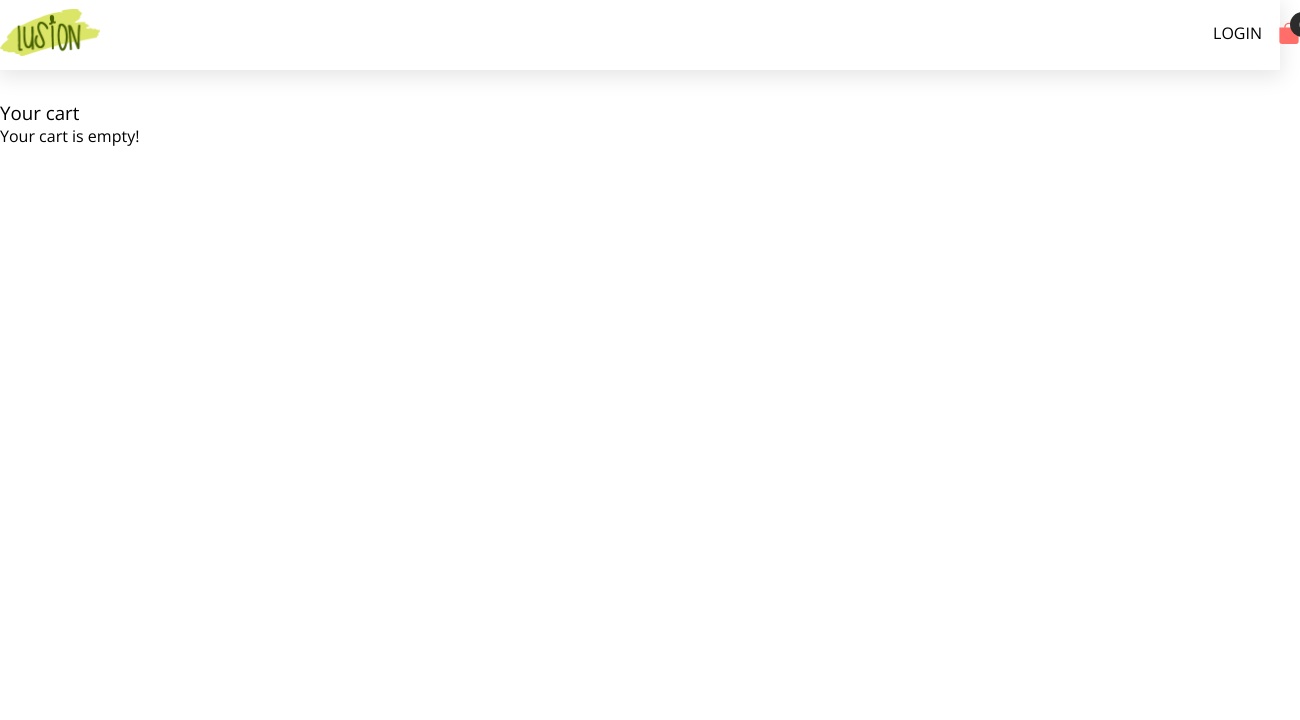
Repository: tanquangyds/Iviettech-project
Page: /cart
An editor plug-in stored every save of this project. The page is shown before and after the next save, followed by the edit.
The browser window is 1280 px wide. The page is 1300 px wide, so the pictures cover 1300 px, including what lies to the right of the window. The pictures show the whole page.
The project was rebuilt for these pictures with package versions that can differ from the ones it lists, and the page was loaded fresh each time. Also part of the build but not shown: src/pages/Layouts/Auth.jsx, src/hooks/index.jsx, src/components/RolesGuard/AuthGuard.jsx, src/components/RolesGuard/GuestGuard.jsx, src/components/RolesGuard/LoadingScreen.jsx, src/components/payment/payment.jsx, src/components/Modalpayment/index.css. Imported but missing from the stored project, and not drawn on this page: src/hooks/useAuth.

Above is the page before, as saved 2021-04-10 23:06:33.

### public/index.html
<!DOCTYPE html>
<html lang="en">
  <head>
    <meta charset="utf-8" />
    <link rel="icon" href="%PUBLIC_URL%/favicon.ico" />
    <meta name="viewport" content="width=device-width, initial-scale=1" />
    <meta name="theme-color" content="#000000" />
    <meta
      name="description"
      content="Web site created using create-react-app"
    />
    <link rel="apple-touch-icon" href="%PUBLIC_URL%/logo192.png" />
    <link rel="manifest" href="%PUBLIC_URL%/manifest.json" />
    <title>Redux eCommerce</title>
    <link href="https://fonts.googleapis.com/css2?family=Open+Sans:wght@300;400;600;800&display=swap" rel="stylesheet">
  </head>
  <body>
    <noscript>You need to enable JavaScript to run this app.</noscript>
    <div id="root"></div>
  </body>
</html>

### src/App.js
import {BrowserRouter as Router, Route} from "react-router-dom"
import {Provider} from "react-redux";
import { createBrowserHistory } from 'history';
import store from "./redux/store";
import { AuthProvider } from './contexts/AuthContext';
import routes, { renderRoutes } from './routes';
import './App.css';

const history = createBrowserHistory();
function App() {
  return (
    <Router>
      <Provider store={store}>
        <AuthProvider>
          {renderRoutes(routes)}
        </AuthProvider>
      </Provider>
    </Router>
  );
}

export default App;

### src/redux/store.js
import {createStore, applyMiddleware} from "redux";
import createSagaMiddleware from 'redux-saga';
import rootReducer from './reducers/rootReducer';
import { devToolsEnhancer } from 'redux-devtools-extension';
import rootSaga from './saga/index';
// create the saga middleware
const sagaMiddleware = createSagaMiddleware();
// mount it on the Store
const store = createStore(rootReducer, applyMiddleware(sagaMiddleware));
// then run the saga
sagaMiddleware.run(rootSaga)

export default store;

### src/contexts/AuthContext.jsx
/* eslint-disable import/order */
/* eslint-disable object-shorthand */
import React, { createContext, useEffect, useReducer, ReactNode } from "react";
import { useHistory } from "react-router-dom";
import { ROUTES } from "../constants/routes";
import axios from "axios";

const initialAuthState = {
  isAuthenticated: false,
  isInitialize: false,
  user: null,
};

const reducer = (state, action) => {
  switch (action.type) {
    case "INITIALIZE": {
      const { isAuthenticated, user } = action.payload;

      return {
        ...state,
        isAuthenticated,
        isInitialize: true,
        user,
      };
    }
    case "LOGIN": {
      const { user, isAuthenticated } = action.payload;

      return {
        ...state,
        isAuthenticated,
        user,
      };
    }
    case "LOGOUT": {
      return {
        ...state,
        isAuthenticated: false,
        user: null,
      };
    }

    default: {
      return { ...state };
    }
  }
};

const AuthContext = createContext({
  ...initialAuthState,
  login: () => Promise.resolve(),
  logout: () => {},
  changePassword: () => Promise.resolve(),
});

export const AuthProvider = (props) => {
  const [state, dispatch] = useReducer(reducer, initialAuthState);
  const history = useHistory();

  const login = async (username, password) => {
    try {
      // To do something.
      dispatch({
        type: "LOGIN",
        payload: {
          user: {}, // TODO: pass user data from login function above
          isAuthenticated: true,
        },
      });
    } catch (error) {
      console.log(error);
    }
  };

  const logout = async () => {
    try {
      //
      dispatch({ type: "LOGOUT" });
    } catch (error) {
      console.log("error signing out: ", error);
    }
  };

  const changePassword = async (oldPassword, newPassword) => {
    try {
      //  TODO: change password
    } catch (error) {
      console.log(error);
    }
  };

  useEffect(() => {
    const initialize = async () => {
      try {
        const User = await localStorage.getItem("UserInfo");
        console.log(User);
        if (User) {
          dispatch({
            type: "INITIALIZE",
            payload: {
              user: {},
              isAuthenticated: true,
            },
          })
        } else {
          dispatch({
            type: "INITIALIZE",
            payload: {
              user: null,
              isAuthenticated: false,
            },
          })
        }
      } catch (err) {
        dispatch({
          type: "INITIALIZE",
          payload: {
            user: null,
            isAuthenticated: false,
          },
        });
      }
    };

    initialize();
  }, []);

  if (!state.isInitialize) {
    // TODO: return Splash screen here
    return null;
  }

  return (
    <AuthContext.Provider
      value={{
        ...state,
        login,
        logout,
        changePassword,
      }}
    >
      {props.children}
    </AuthContext.Provider>
  );
};

export default AuthContext;

### src/routes.js
import React, { Suspense, Fragment, lazy } from 'react';
import { Switch, Redirect, Route } from 'react-router-dom';
import AuthLayout from './pages/Layouts/Auth';
import VerticalLayout from './pages/Layouts/Vertical';
import { AuthGuard, GuestGuard, LoadingScreen } from './components/RolesGuard/index';

import { ROUTES } from './constants/routes';

export const renderRoutes = (routes)=> {
  return (
    <Suspense fallback={<LoadingScreen />}>
      <Switch>
        {routes.map((route, i) => {
          console.log(route.guard, route.title)
          const Guard = route.guard || Fragment;
          const Layout = route.layout || Fragment;
          const Component = route.component;
          return (
            <Route
              key={i.toString()}
              path={route.path}
              exact={route.exact}
              render={(props) => (
                <Guard>
                  <Layout>
                    {route.routes ? (
                      renderRoutes(route.routes)
                    ) : (
                      <Component {...props} />
                    )}
                  </Layout>
                </Guard>
              )}
            />
          );
        })}
      </Switch>
    </Suspense>
  );
}

const routes = [
  {
    title: "Login",
    exact: true,
    path: ROUTES.LOGIN,
    component: lazy(() => import('./pages/SignIn/SignIn')),
  },
  {
    title: "Home",
    exact: true,
    path: ROUTES.HOME,
    layout: VerticalLayout,
    component: lazy(() => import('./pages/Home/Home')),
  },
  {
    title: "detail",
    exact: true,
    path: ROUTES.DETAIL,
    layout: VerticalLayout,
    component: lazy(() => import('./pages/Details/Details')),
  },
  {
    title: "Cart",
    exact: true,
    path: ROUTES.CART,
    layout: VerticalLayout,
    component: lazy(() => import('./pages/Cart/Cart')),
  },
  {
    title: "Checkout",
    path: ROUTES.CHECKOUT,
    guard: AuthGuard,
    layout: VerticalLayout,
    component: lazy(() => import('./pages/CheckOut/CheckOut')),
  },
  {
    path: '*',
    component: lazy(() => import('./pages/Notfound/Notfound')),
  }
];

export default routes;

### src/App.css
* {
  margin: 0;
  padding: 0;
  box-sizing: border-box;
}
:root {
  --white: #fff;
  --black: #000;
  --lightBlack: #2c2c2c;
  --main: #ff6e68;
}
body {
  font-family: "Open Sans", sans-serif;
}
.container {
  width: 1300px;
  margin: 0 auto;
}
.nav {
  width: 100%;
  height: 70px;
  box-shadow: 0 5px 20px 2px rgba(0, 0, 0, 0.1);
  position: fixed;
  top: 0;
  background: var(--white);
  z-index: 1;
}
.nav__container {
  width: 100%;
  display: flex;
  align-items: center;
  height: 70px;
  justify-content: space-between;
}
.nav__left img {
  width: 100px;
}
.header {
  background: url("./assets/images/banner.webp");
  width: 100%;
  height: 100vh;
}
a {
  text-decoration: none;
}
.cart-icon {
  color: var(--main);
  font-size: 22px;
}
.basket {
  position: relative;
}
.basket span {
  display: flex;
  align-items: center;
  justify-content: center;
  position: absolute;
  right: -15px;
  top: -10px;
  width: 25px;
  height: 25px;
  background: var(--lightBlack);
  border-radius: 50%;
  color: var(--white);
  font-size: 12px;
}
.row {
  display: flex;
  width: 100%;
  flex-wrap: wrap;
}
.col-2 {
  width: 16.33333333333333%;
}
.col-3 {
  width: 25%;
}
.col-6 {
  width: 50%;
}
.col-9 {
  width: 75%;
}
.mt-100 {
  margin-top: 100px;
}
.product {
  padding: 25px;
  width: 100%;
  overflow: hidden;
}
.product__img {
  width: 100%;
  height: 350px;
  overflow: hidden;
}
.product__img img {
  width: 100%;
  height: 100%;
  transition: all 0.5s linear;
}
.product__img img:hover {
  transform: scale(1.2);
}

.product__name {
  margin: 10px 0;
  text-transform: capitalize;
  color: #707070;
}
.product__discount__price {
  text-align: right;
  font-size: 18px;
}
.product__price .discount {
  color: silver;
  font-weight: 400;
  font-size: 13px;
}
.actualPrice {
  text-decoration: line-through;
  font-size: 18px;
}
.details__image {
  width: 100%;
  height: auto;
  padding-right: 30px;
}
.details__image img {
  width: 100%;
  height: auto;
  margin-bottom: 25px;
}
.details__name {
  font-size: 28px;
  color: #2c2c2c;
  font-weight: 400;
  text-transform: capitalize;
}
.details__prices {
  margin: 10px 0;
}
.details__actaul {
  text-decoration: line-through;
  font-size: 20px;
}
.details__discount {
  margin-left: 20px;
  font-size: 20px;
}
.details__incDec {
  display: flex;
}
.dec,
.inc,
.quantity {
  width: 60px;
  height: 60px;
  border: 1px solid silver;
  display: flex;
  align-items: center;
  justify-content: center;
}
.quantity {
  border-left: none;
  border-right: none;
}
.inc,
.dec {
  cursor: pointer;
}
.btn-default {
  margin-left: 10px;
  width: 100%;
  border: none;
  background: var(--main);
  color: var(--white);
  outline: none;
  font-size: 18px;
  text-transform: uppercase;
  cursor: pointer;
}
.details__p {
  margin-top: 15px;
}
.details__p h4 {
  font-weight: 600;
  margin-bottom: 10px;
  font-size: 18px;
}
/* cart */
.cart {
  margin-top: 100px;
}
.cart h3 {
  font-weight: 400;
}
.cart__heading {
  background: #f4f6f8;
  padding: 10px;
}
.cart__image img {
  width: 100px;
  height: 100px;
  object-fit: contain;
}
.verticalAlign {
  align-items: center;
  margin-top: 10px;
}
.text-center {
  text-align: center;
}
.cart__remove {
  cursor: pointer;
}
.summary {
  padding-left: 10px;
}
.summary__heading {
  background: #f4f6f8;
  padding: 10px;
}
.summary__details {
  background: var(--main);
  color: var(--white);
  padding: 15px;
}
.mb-10 {
  margin-bottom: 10px;
}
.checkout {
  border: none;
  cursor: pointer;
  outline: none;
  background: var(--white);
  color: var(--main);
  width: 100%;
  padding: 12px 5px;
  font-size: 17px;
  text-transform: uppercase;
}
@media (max-width: 765px) {
  .container {
    width: 100%;
    padding: 0 30px;
  }
  .col-3 {
    width: 50%;
  }
  .col-2 {
    width: 100%;
    text-align: center;
    padding: 5px;
  }
  .col-6 {
    width: 100%;
  }
  .col-9 {
    width: 100%;
  }
  .details__image {
    padding-right: 0;
  }
  .cart__heading {
    display: none;
  }
  .summary-col {
    width: 100% !important;
  }
  .cart__incDec {
    display: flex;
    justify-content: center;
  }
  .cart h3 {
    text-align: center;
  }
}
@media (max-width: 400px) {
  .col-3 {
    width: 100%;
  }
  .col-2 {
    width: 100%;
  }
  .col-6 {
    width: 100%;
  }
  .details__image {
    padding-right: 0;
  }
}

### src/redux/reducers/rootReducer.js
import { combineReducers } from 'redux';
import ProductsReducer from './ProductsReducer';
import CartReducer from './CartReducer';

const rootReducer = combineReducers({
    products: ProductsReducer,
    cart: CartReducer,
});
export default rootReducer;

### src/redux/saga/index.js
import { all } from 'redux-saga/effects';
import productsSaga from './productsSaga';

export default function* rootSaga() {
    yield all([productsSaga()])
}

### src/constants/routes.js
export const ROUTES = {
  HOME: '/',
  DETAIL: '/details/:id',
  CART: '/cart',
  LOGIN: '/login',
  CHECKOUT: '/checkout'
};

### src/pages/Layouts/Vertical.jsx
import React, { PropsWithChildren, Suspense } from 'react';
import Nav from '../../components/NavTop/NavTop';

const loading = () => <div className="text-center" />;

const VerticalLayout = (props) => {
  return (
    <div className="app">
      <div id="wrapper">
        <div className="content-page">
          <div className="content">
            <div>
              <Nav/>
              <Suspense fallback={loading()}>{props.children}</Suspense>
            </div>
          </div>
        </div>
      </div>
    </div>
  );
};

export default VerticalLayout;

### src/components/RolesGuard/index.js
export * from './AuthGuard';
export * from './GuestGuard';
export * from './LoadingScreen';

### src/pages/Cart/Cart.js
import React from "react";
import { useSelector, useDispatch } from "react-redux";
import currencyFormatter from "currency-formatter";
import { BsDash, BsPlus } from "react-icons/bs";
import { BsReverseBackspaceReverse } from "react-icons/bs";

import TransitionsModal from "../../components/payment/payment";
import {
  Empty,
  Tooltip,
  message,
  Drawer,
  Button,
  Form,
  Input,
  Select,
  InputNumber,
} from "antd";

const Cart = () => {
  const { products, totalQuantities, totalPrice } = useSelector(
    (state) => state.cart
  );
  const dispatch = useDispatch();

  return (
    <div className="cart">
      <div className="container">
        <h3>Your cart</h3>
        {products.length > 0 ? (
          <>
            <div className="row">
              <div className="col-9">
                <div className="cart__heading">
                  <div className="row">
                    <div className="col-2">Picture</div>
                    <div className="col-2">Name</div>
                    <div className="col-2">Price</div>
                    <div className="col-2">Inc/Dec</div>
                    <div className="col-2">Total Price</div>
                    <div className="col-2">Remove</div>
                  </div>
                </div>
                {products.map((product) => (
                  <div className="row verticalAlign" key={product.id}>
                    <div className="col-2">
                      <div className="cart__image">
                        <img src={product.poster[0].url} alt="" />
                      </div>
                    </div>
                    <div className="col-2">
                      <div className="cart__name">{product.name}</div>
                    </div>
                    <div className="col-2">
                      <div className="cart__price">
                        {currencyFormatter.format(product.discountPrice, {
                          code: "USD",
                        })}
                      </div>
                    </div>
                    <div className="col-2">
                      <div className="details__info cart__incDec">
                        <div className="details__incDec">
                          <span
                            className="dec"
                            onClick={() =>
                              dispatch({ type: "DEC", payload: product.id })
                            }
                          >
                            <BsDash />
                          </span>
                          <span className="quantity">{product.quantity}</span>
                          <span
                            className="inc"
                            onClick={() =>
                              dispatch({ type: "INC", payload: product.id })
                            }
                          >
                            <BsPlus />
                          </span>
                        </div>
                      </div>
                    </div>
                    <div className="col-2">
                      <div className="cart__total text-center">
                        {currencyFormatter.format(
                          product.discountPrice * product.quantity,
                          { code: "USD" }
                        )}
                      </div>
                    </div>
                    <div className="col-2">
                      <div
                        className="cart__remove"
                        onClick={() =>
                          dispatch({ type: "REMOVE", payload: product.id })
                        }
                      >
                        <BsReverseBackspaceReverse />
                      </div>
                    </div>
                  </div>
                ))}
              </div>
              <div className="col-3 summary-col">
                <div className="summary">
                  <div className="summary__heading">Summary</div>
                  <div className="summary__details">
                    <div className="row mb-10">
                      <div className="col-6">Total Items:</div>
                      <div className="col-6">{totalQuantities}</div>
                    </div>
                    <div className="row mb-10">
                      <div className="col-6">Total Price</div>
                      <div className="col-6">
                        {currencyFormatter.format(totalPrice, { code: "USD" })}
                      </div>
                    </div>
                    <button type="button" className="checkout">
                      check out
                      {/* <TransitionsModal name="checkout" /> */}
                      <div></div>
                    </button>
                  </div>
                </div>
              </div>
            </div>
          </>
        ) : (
          "Your cart is empty!"
        )}
      </div>
    </div>
  );
};

export default Cart;

### src/redux/reducers/ProductsReducer.js
import * as types from '../actions/Constants'
const initState = {
    products: [],
    product: {},
    loading: false,
    error: null,
    totalCount: 0,
}

function ProductsReducer(state = initState, action) {
    switch (action.type) {
        case types.GET_PRODUCTS_REQUEST:
            return {
                ...state,
                loading: true,
            }
        case types.GET_PRODUCTS_SUCCESS:
            return {
                ...state,
                loading: false,
                products: action.products.data,
                totalCount: action.products.count
            }
        case types.GET_PRODUCTS_FAILED:
            return {
                ...state,
                loading: false,
                error: action.message
            }
        case types.GET_PRODUCT_REQUEST:
            return {
                ...state,
                loading: true,
            }
        case types.GET_PRODUCT_SUCCESS:
            return {
                ...state,
                loading: false,
                product: action.product,
            }
        case types.GET_PRODUCT_FAILED:
            return {
                ...state,
                loading: false,
                error: action.message
            }
        default:
            return state
    }
}

export default ProductsReducer;

### src/redux/saga/productsSaga.js
import { call, put, takeLatest } from "redux-saga/effects";
import * as types from "../actions/Constants";
import axios from "axios";

const apiUrl = "http://localhost:3001/products";

function getProducts() {
  return axios
    .get(apiUrl)
    .then((response) => {
      return {
        count: parseInt(response.headers["x-total-count"]),
        data: response.data,
      };
    })
    .catch((e) => {
      throw e;
    });
}
function getProduct(params) {
  const urlWithParams = `${apiUrl}/${params}`;
  return axios
    .get(urlWithParams)
    .then((response) => {
      return response.data;
    })
    .catch((e) => {
      throw e;
    });
}

function* fetchData(action) {
  try {
    const products = yield call(getProducts);
    yield put({ type: types.GET_PRODUCTS_SUCCESS, products: products });
  } catch (e) {
    yield put({ type: types.GET_PRODUCTS_FAILED, message: e.message });
  }
}

function* fetchProduct(action) {
  try {
    const product = yield call(getProduct, action.payload);
    yield put({ type: types.GET_PRODUCT_SUCCESS, product: product });
  } catch (e) {
    yield put({ type: types.GET_PRODUCT_FAILED, message: e.message });
  }
}

function* productsSaga() {
  yield takeLatest(types.GET_PRODUCTS_REQUEST, fetchData);
  yield takeLatest(types.GET_PRODUCT_REQUEST, fetchProduct);
}

export default productsSaga;

### src/components/NavTop/NavTop.js
import React from 'react'
import { useHistory } from "react-router-dom";
import {useSelector} from "react-redux";
import { BsFillBagFill } from "react-icons/bs";
import { ROUTES } from '../../constants/routes';
import './NavTop.css';
const Nav = () => {
    const {totalQuantities} = useSelector(state => state.cart)
    const history = useHistory();
    return (
        <div className="nav">
            <div className="container">
                <div className="nav__container">
                    <div className="nav__left">
                        <div onClick={() => history.push(ROUTES.HOME)}><img src="/images/logo.webp" alt="logo"/></div>
                    </div>
                    <div className="nav__right">
                        <div className="btn-login" onClick={() => history.push(ROUTES.LOGIN)}>LOGIN</div>
                        <div className="cart-box" onClick={() => history.push(ROUTES.CART)}>
                            <div className="basket">
                                <BsFillBagFill className="cart-icon" />
                                <span>{totalQuantities}</span>
                            </div>
                        </div>
                    </div>
                </div>
            </div>
        </div>
    )
}

export default Nav

### src/redux/actions/Constants.js
export const GET_PRODUCTS_REQUEST = 'GET_PRODUCTS_REQUEST';
export const GET_PRODUCTS_SUCCESS = 'GET_PRODUCTS_SUCCESS';
export const GET_PRODUCTS_FAILED = 'GET_PRODUCTS_FAILED';
export const TO_DETAIL_PRODUCT =  'TO_DETAIL_PRODUCT';
export const GET_PRODUCT_REQUEST = 'GET_PRODUCT_REQUEST';
export const GET_PRODUCT_SUCCESS = 'GET_PRODUCT_SUCCESS';
export const GET_PRODUCT_FAILED = 'GET_PRODUCT_FAILED';

### src/components/NavTop/NavTop.css
.nav__right {
  display: flex;
}
.btn-login {
  margin-right: 1rem;
  cursor: pointer;
}
.cart-box {
  cursor: pointer;
}

Loaded but not shown: src/index.js (common file); src/reportWebVitals.js (common file); src/redux/reducers/CartReducer.js (79 lines, source omitted)

After the next save:
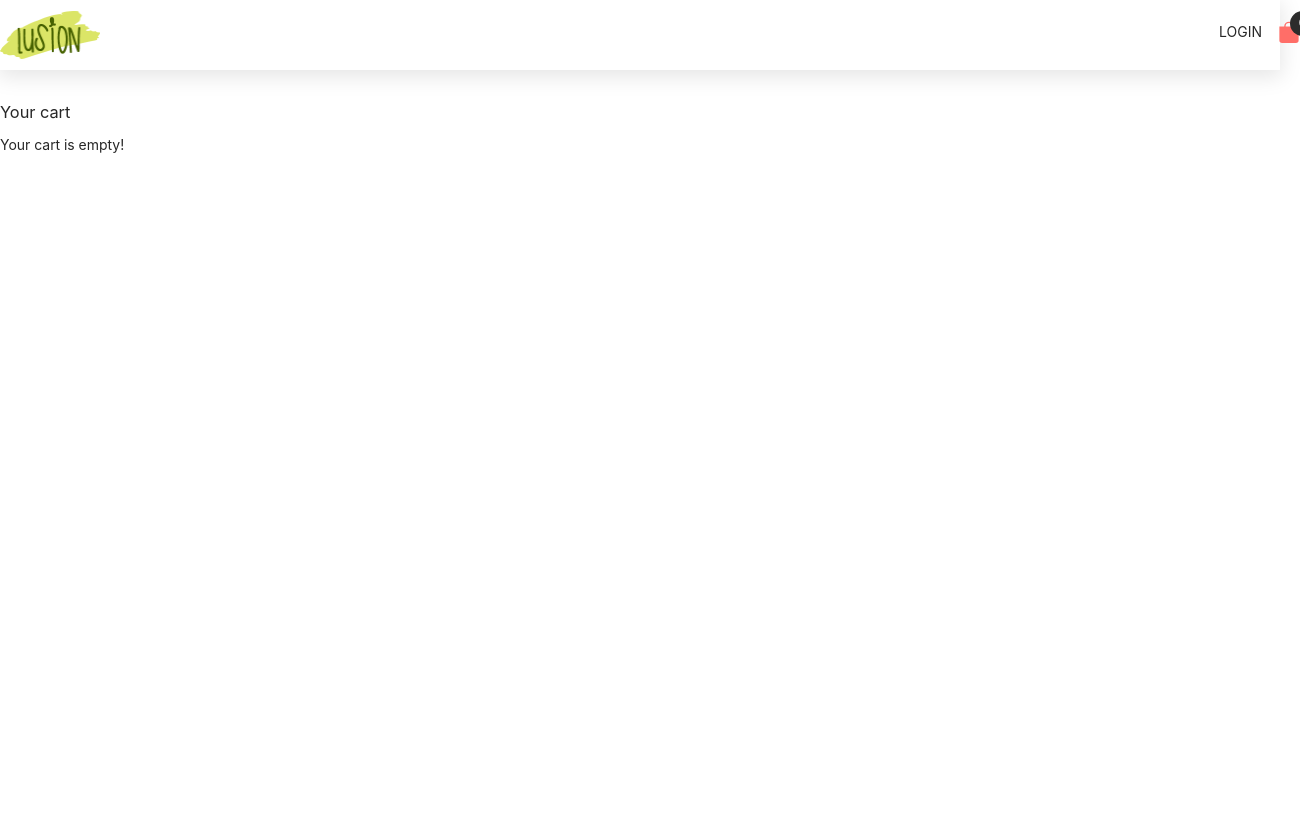
Saved 81 s later.
--- a/src/pages/Cart/Cart.js
+++ b/src/pages/Cart/Cart.js
@@ -3,6 +3,10 @@ import { useSelector, useDispatch } from "react-redux";
 import currencyFormatter from "currency-formatter";
 import { BsDash, BsPlus } from "react-icons/bs";
 import { BsReverseBackspaceReverse } from "react-icons/bs";
+
+import ReactDOM from "react-dom";
+import "antd/dist/antd.css";
+import "./index.css";
 
 import TransitionsModal from "../../components/payment/payment";
 import {
